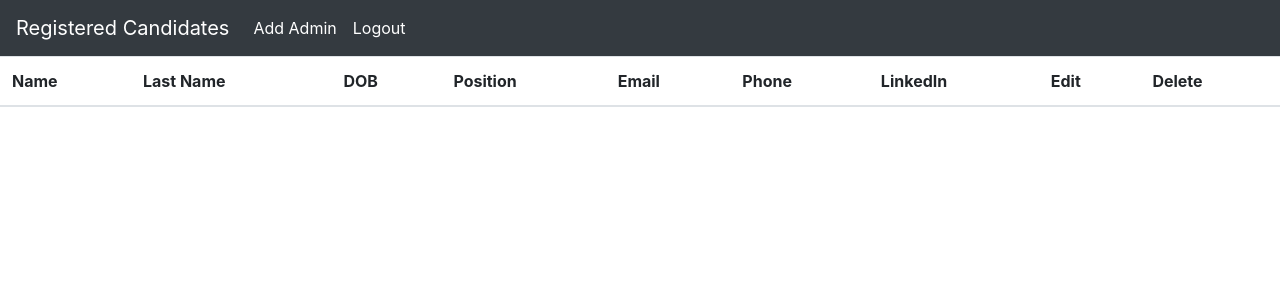
Repository: vinayvinay25794/RegistrationDemo
Page: http://localhost/allRegistrations
The author's editor kept a copy of each file at every save. The page is drawn from the files as they stood at one save, then again after the next save.
The browser window is 1280 px wide. The pictures show the whole page.
Some web libraries are served in a nearby version. The page is this project's Thymeleaf template; nobody is signed in. The template is opened directly, without the code that normally fills it, so the values that code supplies are empty.

Above is the page before, as saved 2021-03-18 14:29:23.

### Hibernate/src/main/resources/templates/allRegistrations.html
<!DOCTYPE html>
<html xmlns:th="http://www.thymeleaf.org">
<head>
<meta charset="ISO-8859-1">
<title>Registration</title>
<link rel="stylesheet" href="https://maxcdn.bootstrapcdn.com/bootstrap/4.0.0/css/bootstrap.min.css" integrity="sha384-Gn5384xqQ1aoWXA+058RXPxPg6fy4IWvTNh0E263XmFcJlSAwiGgFAW/dAiS6JXm" crossorigin="anonymous">
<script src="https://code.jquery.com/jquery-3.2.1.slim.min.js" integrity="sha384-KJ3o2DKtIkvYIK3UENzmM7KCkRr/rE9/Qpg6aAZGJwFDMVNA/GpGFF93hXpG5KkN" crossorigin="anonymous"></script>
<script src="https://cdnjs.cloudflare.com/ajax/libs/popper.js/1.12.9/umd/popper.min.js" integrity="sha384-ApNbgh9B+Y1QKtv3Rn7W3mgPxhU9K/ScQsAP7hUibX39j7fakFPskvXusvfa0b4Q" crossorigin="anonymous"></script>
<script src="https://maxcdn.bootstrapcdn.com/bootstrap/4.0.0/js/bootstrap.min.js" integrity="sha384-JZR6Spejh4U02d8jOt6vLEHfe/JQGiRRSQQxSfFWpi1MquVdAyjUar5+76PVCmYl" crossorigin="anonymous"></script>
</head>
<body>

 	<nav class="navbar navbar-expand-lg navbar-dark bg-dark">

  <a class="navbar-brand" href="#" th:href="@{/}"> Registered Candidates </a>
  <button class="navbar-toggler" type="button" data-toggle="collapse" data-target="#navbarSupportedContent" aria-controls="navbarSupportedContent" aria-expanded="false" aria-label="Toggle navigation">
    <span class="navbar-toggler-icon"></span>
  </button>

  <div class="collapse navbar-collapse" id="navbarSupportedContent">
  <div class="nav navbar-nav navbar-right">
    <ul class="nav navbar-nav ">
      <li class="nav-item active">
        <a class="nav-link" href="/" th:href="@{/registration}">Add Admin <span class="sr-only">(current)</span></a>
      </li>
      <li class="nav-item active">
        <a class="nav-link" th:href="@{/logout}">Logout</a>
      </li>
      </ul>
  </div>
  </div>
</nav>


<!--
	<nav class="navbar navbar-inverse">
	  <div class="container-fluid">
	    <div class="navbar-header">
	      <button type="button" class="navbar-toggle " data-toggle="collapse" data-target="#navbar" arira-expanded="false" aria-contriols="navbar">
	        <span class="icon-bar"></span>
	        <span class="icon-bar"></span>
	        <span class="icon-bar"></span>
	      </button>
	      <a class="navbar-brand" href="#" th:href="@{/}">Registered Candidates </a>
	      </div>
	      <div class="navbar-collapse collapse">
	      <div class="nav navbar-nav navbar-right">
	       <ul class="nav navbar-nav">
            <li th:classappend="${module == 'home' ? 'active' : ''}">
              <a href="/" th:href="@{/registration}">Add Admin</a>
            </li>
            <li th:classappend="${module == 'tasks' ? 'active' : ''}">
              <a th:href="@{/logout}">Logout</a>
            </li>
          </ul>     -->
	      <!--  <div class="nav navbar-nav navbar-right">

					<span><a href="/" th:href="@{/registration}">
					<span class="glyphicon glyphicon-log-in" aria-hidden="true"></span>&nbsp;Add Admin
					</a></span>

				</div>

				<div id="navbar" class="nav navbar-nav navbar-right">
				<ul >

					<li sec:authorize="isAuthenticated()"><a th:href="@{/logout}">
					<span class="glyphicon glyphicon-log-in" aria-hidden="true"></span>&nbsp;Logout
					</a></li>
				</ul>

			</div>-->
	    </div>
	   </div>
	   </div>

	</nav>

	<table class="table table-hover">
    <thead>
        <tr>
            <th> Name </th>
           <th> Last Name </th>
            <th> DOB </th>
            <th> Position </th>
            <th> Email </th>
            <th> Phone </th>
            <th> LinkedIn </th>
            <th> Edit </th>
            <th> Delete </th>
        </tr>
    </thead>
    <tbody>
        <tr th:each="emp : ${allEmps}">
            <td><span th:text="${emp.firstName}"> firstName </span></td>
            <td><span th:text="${emp.lastName}"> lastName </span></td>
            <td><span th:text="${emp.dateOfBirth}"> dateOfBirth </span></td>
            <td><span th:text="${emp.applyingForPosition}"> applyingForPosition </span></td>
            <td><span th:text="${emp.emailId}"> emailId </span></td>
            <td><span th:text="${emp.phone}"> phone </span></td>
            <td><span th:text="${emp.LinkedIn}"> LinkedIn </span></td>
         	<td><a th:href="@{/edit/{id}(id=${emp.id})}">Edit</a></td>
           <!--   <td><a th:href="@{/delete/{id}(id=${emp.id})}">Delete</a></td> -->

            <td>

    <button type="button" class="btn btn-outline-light text-dark" data-toggle="modal"
    th:attr="data-target='#empDeleteModal'+${emp.id}">Delete</button>



	<div class="modal modal-warning fade in" th:id="empDeleteModal+${emp.id}" role="dialog">
	<div class="modal-dialog">
        <div class="modal-content">
            <div class="modal-header">
                <button type="button" class="close" data-dismiss="modal" aria-label="Close">
                    <span aria-hidden="true">×</span></button>
                <h5 class="modal-title">Delete User</h5>
            </div>
            <div class="modal-body">
                <h3>Are you sure want to delete this user?</h3>
            </div>
            <div class="modal-footer">
                <button type="button" class="btn btn-outline pull-left" data-dismiss="modal">Close</button>
                <a th:href="@{/delete/{id}(id=${emp.id})}">Delete</a>
            </div>
        </div>
    </div>
</div>


     <!-- Modal -->
     <!--
        <div class="modal fade" th:attr="id='empDeleteModal'+${emp.id}" tabindex="-1" role="dialog" aria-labelledby="empDeleteModalLabel" aria-hidden="true">
          <div class="modal-dialog" role="document">
            <div class="modal-content">
              <div class="modal-header">
                <h5 class="modal-title" id="empDeleteModalLabel">Delete Record</h5>
                <button type="button" class="close" data-dismiss="modal" aria-label="Close">
                  <span aria-hidden="true">&times;</span>
                </button>
              </div>
              <div class="modal-body">
                Are you sure you want to delete this record?
              </div>
              <div class="modal-footer">
                <button type="button" class="btn btn-secondary" data-dismiss="modal">No</button>
                <a href="allRegistrations.html" class="btn btn-primary" th:href="@{/delete/{id}(id=${emp.id})}">Yes</a>
              </div>
            </div>
          </div>
        </div>    -->
        <!-- Modal end -->

    </td>

        </tr>
    </tbody>
</table>


				<!--  <div>
					<span><a href="/" th:href="@{/registration}">Add Admin</a></span>
				</div>-->
				<!--  <div id="navbar" class="collapse navbar-collapse">
				<ul class="nav navbar-nav">
					<li sec:authorize="isAuthenticated()"><a th:href="@{/logout}">Logout</a></li>
				</ul>
			</div>-->
			<!--  <div id="navbar" class="collapse navbar-collapse">
				<ul class="nav navbar-nav">
					<li sec:authorize="isAuthenticated()"><a th:href="@{/logout}">Logout</a></li>
				</ul>
			</div>-->

</body>
</html>

After the next save:
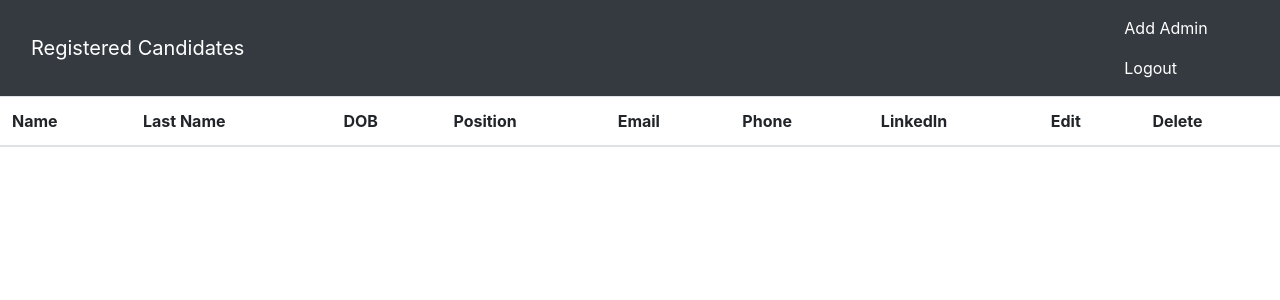
Saved 15 h 20 min later.
--- a/Hibernate/src/main/resources/templates/allRegistrations.html
+++ b/Hibernate/src/main/resources/templates/allRegistrations.html
@@ -11,12 +11,12 @@
 <body>
 
  	<nav class="navbar navbar-expand-lg navbar-dark bg-dark">
-
+ 	<div class="container-fluid">
   <a class="navbar-brand" href="#" th:href="@{/}"> Registered Candidates </a>
   <button class="navbar-toggler" type="button" data-toggle="collapse" data-target="#navbarSupportedContent" aria-controls="navbarSupportedContent" aria-expanded="false" aria-label="Toggle navigation">
     <span class="navbar-toggler-icon"></span>
   </button>
-
+	</div>
   <div class="collapse navbar-collapse" id="navbarSupportedContent">
   <div class="nav navbar-nav navbar-right">
     <ul class="nav navbar-nav ">

After the save that followed:
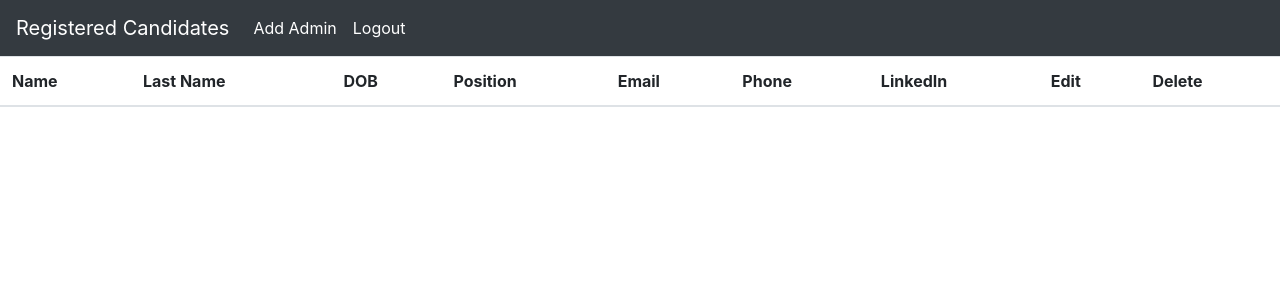
Saved 86 s later.
--- a/Hibernate/src/main/resources/templates/allRegistrations.html
+++ b/Hibernate/src/main/resources/templates/allRegistrations.html
@@ -11,7 +11,7 @@
 <body>
 
  	<nav class="navbar navbar-expand-lg navbar-dark bg-dark">
- 	<div class="container-fluid">
+ 	<div class="nav navbar-nav ">
   <a class="navbar-brand" href="#" th:href="@{/}"> Registered Candidates </a>
   <button class="navbar-toggler" type="button" data-toggle="collapse" data-target="#navbarSupportedContent" aria-controls="navbarSupportedContent" aria-expanded="false" aria-label="Toggle navigation">
     <span class="navbar-toggler-icon"></span>
